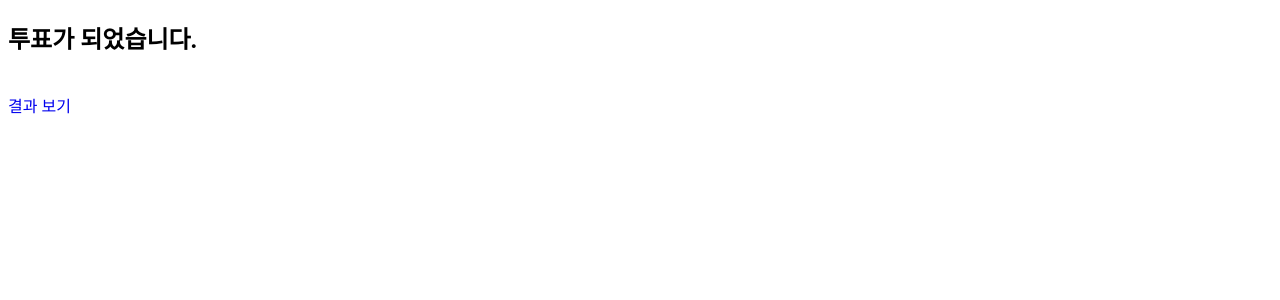
Repository: hayoung9000/migo_vote
Page: http://localhost/Migo/voteOkProc.jsp
These files come from the project's save history. The page is drawn as it stood at one moment and after the next save; the edit follows.
The browser window is 1280 px wide. The pictures show the whole page.
The page is served by Tomcat 9.

Above is the page before, as saved 2018-05-20 15:52:39.

After the next save:
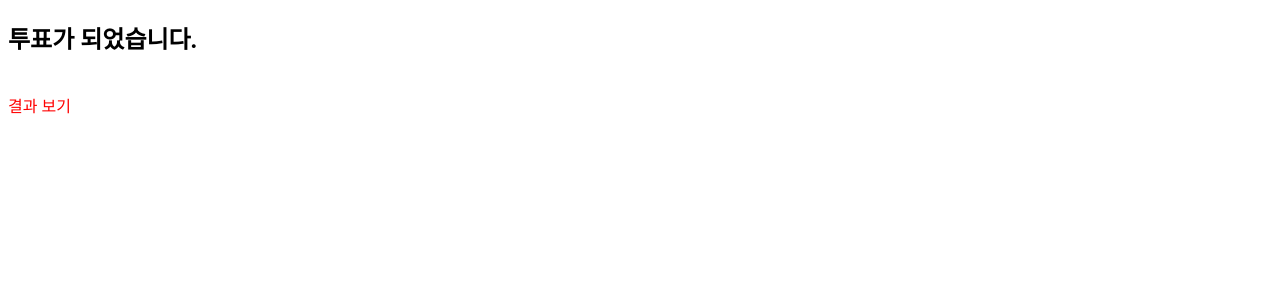
Saved 17 s later.
--- a/Migo/WebContent/voteOkProc.jsp
+++ b/Migo/WebContent/voteOkProc.jsp
@@ -11,6 +11,7 @@
 }
 #result a{
 	    text-decoration: none;
+	    color:red;
 }
 </style>
 </head>
